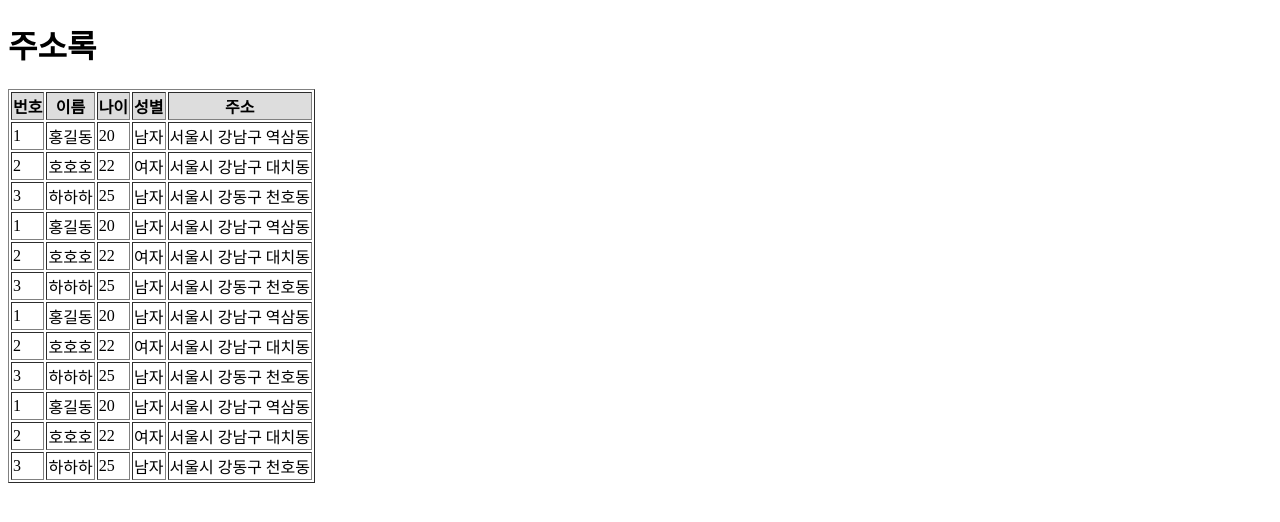
Repository: chanjin5212/Full-Stack-study
Page: client/ClientTest/src/main/webapp/html/ex16_table.html
An editor plug-in stored every save of this project. The page is shown before and after the next save, followed by the edit.
The browser window is 1280 px wide. The pictures show the whole page.

Above is the page before, as saved 2022-05-24 06:43:16.

### client/ClientTest/src/main/webapp/html/ex16_table.html
<!DOCTYPE html>
<html>
<head>
<meta charset="UTF-8">
<title>Insert title here</title>
</head>
<body>
	<!-- ex16_table.html -->

	<!--

		테이블 행
		1. 헤더 행(머릿말)
		2. 데이터 행

	 -->

	<h1>주소록</h1>

	<table border>
		<tr bgcolor="#DDDDDD">
			<td align="center"><b>번호</b></td>
			<td align="center"><b>이름</b></td>
			<td align="center"><b>나이</b></td>
			<td align="center"><b>성별</b></td>
			<td align="center"><b>주소</b></td>
		</tr>
		<tr>
			<td>1</td>
			<td>홍길동</td>
			<td>20</td>
			<td>남자</td>
			<td>서울시 강남구 역삼동</td>
		</tr>
		<tr>
			<td>2</td>
			<td>호호호</td>
			<td>22</td>
			<td>여자</td>
			<td>서울시 강남구 대치동</td>
		</tr>
		<tr>
			<td>3</td>
			<td>하하하</td>
			<td>25</td>
			<td>남자</td>
			<td>서울시 강동구 천호동</td>
		</tr>
		<tr>
			<td>1</td>
			<td>홍길동</td>
			<td>20</td>
			<td>남자</td>
			<td>서울시 강남구 역삼동</td>
		</tr>
		<tr>
			<td>2</td>
			<td>호호호</td>
			<td>22</td>
			<td>여자</td>
			<td>서울시 강남구 대치동</td>
		</tr>
		<tr>
			<td>3</td>
			<td>하하하</td>
			<td>25</td>
			<td>남자</td>
			<td>서울시 강동구 천호동</td>
		</tr>
		<tr>
			<td>1</td>
			<td>홍길동</td>
			<td>20</td>
			<td>남자</td>
			<td>서울시 강남구 역삼동</td>
		</tr>
		<tr>
			<td>2</td>
			<td>호호호</td>
			<td>22</td>
			<td>여자</td>
			<td>서울시 강남구 대치동</td>
		</tr>
		<tr>
			<td>3</td>
			<td>하하하</td>
			<td>25</td>
			<td>남자</td>
			<td>서울시 강동구 천호동</td>
		</tr>
		<tr>
			<td>1</td>
			<td>홍길동</td>
			<td>20</td>
			<td>남자</td>
			<td>서울시 강남구 역삼동</td>
		</tr>
		<tr>
			<td>2</td>
			<td>호호호</td>
			<td>22</td>
			<td>여자</td>
			<td>서울시 강남구 대치동</td>
		</tr>
		<tr>
			<td>3</td>
			<td>하하하</td>
			<td>25</td>
			<td>남자</td>
			<td>서울시 강동구 천호동</td>
		</tr>
	</table>


</body>
</html>

After the next save:
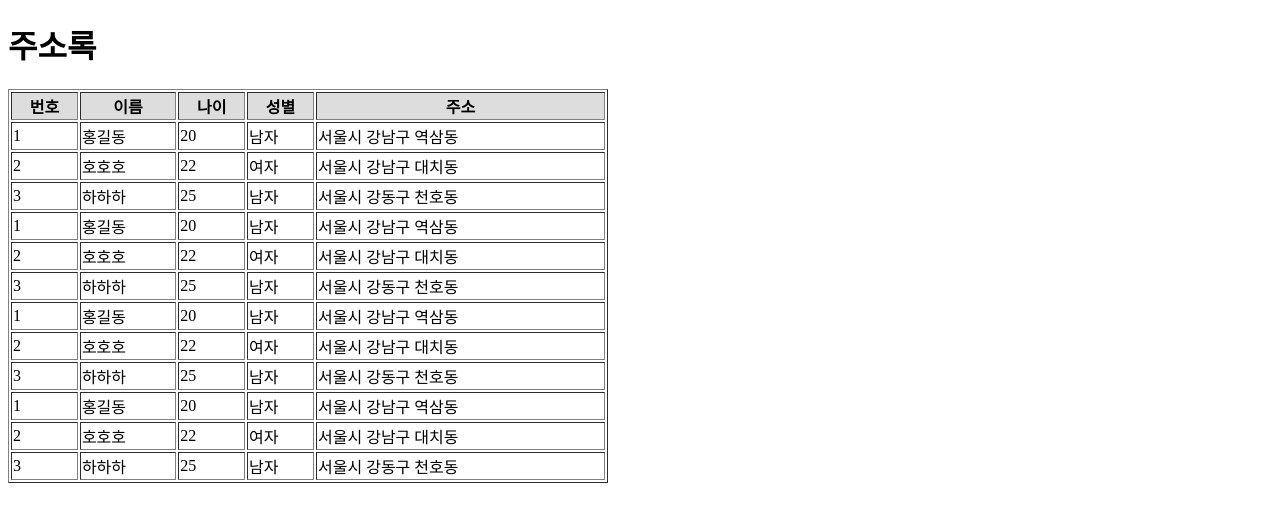
Saved 20 s later.
--- a/client/ClientTest/src/main/webapp/html/ex16_table.html
+++ b/client/ClientTest/src/main/webapp/html/ex16_table.html
@@ -17,7 +17,7 @@
 
 	<h1>주소록</h1>
 
-	<table border>
+	<table border width="600">
 		<tr bgcolor="#DDDDDD">
 			<td align="center"><b>번호</b></td>
 			<td align="center"><b>이름</b></td>
